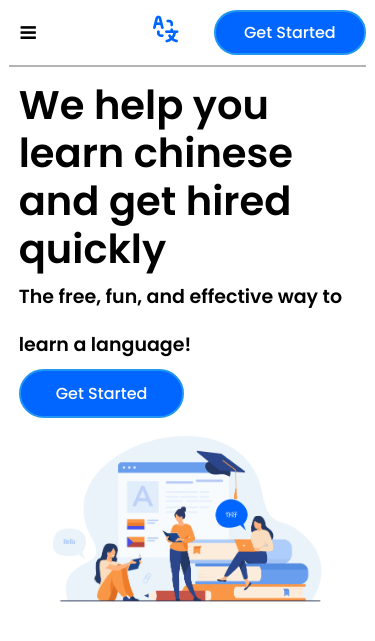
Repository: BinhIT/ChineseLearn
Page: index.html
An editor plug-in stored every save of this project. The page is shown before and after the next save, followed by the edit.
The browser window is 375 px wide. The pictures show the whole page.

Above is the page before, as saved 2023-03-01 15:52:52.

### index.html
<!DOCTYPE html>
<html lang="en">

<head>
    <meta charset="UTF-8">
    <meta http-equiv="X-UA-Compatible" content="IE=edge">
    <meta name="viewport" content="width=device-width, initial-scale=1.0">
    <link rel="icon" type="image/x-icon" href="./image/uil_english-to-chinese.svg">
    <meta name="viewport" content="width=device-width, initial-scale=1">
    <link rel="stylesheet" href="https://cdnjs.cloudflare.com/ajax/libs/font-awesome/4.7.0/css/font-awesome.min.css">
    <meta name="viewport" content="width=device-width, initial-scale=1">
    <link rel="stylesheet" href="https://cdnjs.cloudflare.com/ajax/libs/font-awesome/4.7.0/css/font-awesome.min.css">
    <link rel="stylesheet" href="./css/header.css">
    <link rel="stylesheet" href="./css/section.css">
    <title>Learn Chinese </title>
</head>

<body>
    <nav id="menu_header">
        <a href="javascript:void(0);" class="icon_nav" onclick="myFunction()">
            <i class="fa fa-bars"></i>
        </a>
        <label class="logo_main"><img src="./image/logo.png" alt=""></label>
        <label class="logo_mobile"><img src="./image/logo_short.png" alt=""></label>
        <ul id="menu_link">
            <li><a href="#">About us</a></li>
            <li><a href="#">Fricing</a></li>
            <li><a href="#">Help</a></li>
        </ul>
        <ul id="menu_btn">
            <button class="btn default">Sign In</button>
            <button class="btn info">Get Started</button>
        </ul>

    </nav>
    <section class="hero-section">
        <div class="row flex-container ">
            <div class="column hero-col1">
                <h1>We help you learn chinese and get hired quickly</h1>
                <h4>The free, fun, and effective way to learn a language!</h4>
                <button class="btn btn_hero">Get Started</button>
            </div>
            <div class="column hero-col2">
                <img src="./image/img-hero.png" alt="">
            </div>
        </div>

    </section>
</body>
<script src="./js/header.js"></script>

</html>

### css/header.css
@import url('https://fonts.googleapis.com/css2?family=Poppins:wght@500;600&display=swap');



* {
    padding: 0;
    margin: 0;
    text-decoration: none;
    list-style: none;
    font-family: 'Poppins', sans-serif;

}

#menu_header {
    display: flex;
    flex-wrap: nowrap;
    justify-content: space-between;
    align-items: center;
}

nav {
    height: 65px;
    width: 90%;
    margin: 0 auto;
    background: #ffffff;
    border-bottom: 2px solid #B3B3B3;
}

label.logo {
    font-size: 35px;
    font-weight: bold;
    color: #fff;
    padding: 0 100px;
    line-height: 80px;
}

nav ul {
    float: right;
    margin-right: 40px;
}

nav li {
    display: inline-block;
    margin: 0 8px;
    line-height: 80px;
}

nav a {
    color: #000000;
    font-size: 18px;
    font-weight: 700;
    border: 1px solid transparent;
    padding: 7px 10px;
    border-radius: 3px;
}

a.active,
a:hover {
    border: 1px solid #000000;
    transition: .5s;
}



.btn {
    border: 2px solid black;
    border-radius: 25px;
    background-color: white;
    color: black;
    font-size: 16px;
    cursor: pointer;

}

/* Blue */
.info {
    background-color: #0066FF;
    border-color: #2196F3;
    color: rgb(255, 255, 255);
    padding: 8px 28px;
}

.info:hover {
    background: #0066FF;
    color: white;
}

/* Gray */
.default {
    border-color: #e7e7e7;
    color: black;
    padding: 8px 28px;
}

.default:hover {
    background: #e7e7e7;
}

/* logo */
.logo_mobile {
    display: none;
}

#menu_header .icon_nav {
    display: none;

}



@media only screen and (max-width:765px) {
    .logo_mobile {
        display: block;
    }

    .logo_main {
        display: none;
    }

    nav {
        width: 95%;
    }

    #menu_header .icon_nav {
        display: block;
        width: 30%;
    }

    #menu_btn {
        display: contents;
        float: right;
    }

    #menu_btn .default {
        display: none;
    }

    #menu_header #menu_link {
        display: none;
    }

    .btn_header {
        font-size: 5px;
        padding: 8px 25px;
    }


}

@media only screen and (max-width: 1024px) {
    nav #icon {
        display: block;
    }

    .logo_mobile {
        display: block;
        width: 15%;
    }

    .logo_main {
        display: none;
    }

    nav a {
        font-size: 18px;
    }

    a.active,
    a:hover {
        border: none;
        color: #3498db;
    }

    nav ul.show {
        left: 0;
    }

    .btn_header {

        font-size: 8px;
    }
}

### css/section.css
/* section hero */
.row {
    width: 90%;
    margin: auto;
    padding: auto;
}

.column {
    /* flex: 50%; */
    /* padding: 10px; */
    /* height: 300px; */
}

.hero-row {
    display: flex;
}

.hero-col1 {
    padding-top: 4%;
    line-height: 5em;
}

.hero-col1 h1 {
    font-size: 45px;

}

.flex-container {
    display: flex;
}

.btn_hero {
    background-color: #0066FF;
    border-color: #2196F3;
    color: rgb(255, 255, 255);
    padding: 10px 35px;
}

/* reponsive section */
/* tablet */
@media screen and (max-width: 1024px) {
    .flex-container {
        flex-wrap: wrap;
    }

    .hero-col2 img {
        width: 90%;
        padding: 12% 10%;
    }
}

/* Mobile */
@media only screen and (min-width: 595px) and (max-width:765px) {
    .hero-col1 {
        line-height: 4em;
    }

    .hero-col1 h1 {
        font-size: 50px;

    }

    .hero-col1 h4 {
        font-size: 30px;

    }

    .hero-col2 img {
        padding: 12% 10%;
    }

}

@media only screen and (min-width: 360px) and (max-width:594px) {
    .hero-col1 {
        line-height: 3em;
    }

    .hero-col2 img {
        padding: 5% 5%;
    }

    .hero-col1 h1 {
        font-size: 40px;
    }

    .hero-col1 h4 {
        font-size: 19px;

    }
}

Loaded but not shown: js/header.js (common file)

After the next save:
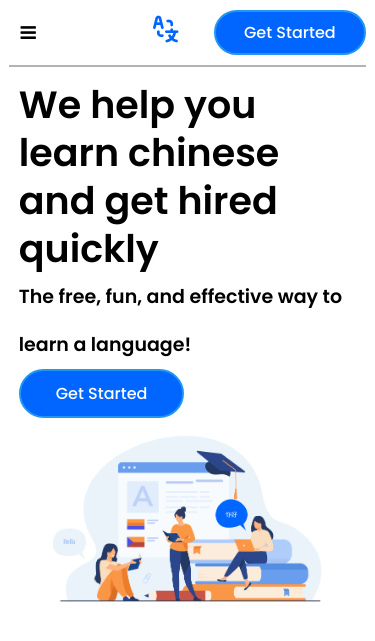
Saved 28 s later.
--- a/css/section.css
+++ b/css/section.css
@@ -81,7 +81,7 @@
     }
 
     .hero-col1 h1 {
-        font-size: 40px;
+        font-size: 38px;
     }
 
     .hero-col1 h4 {
